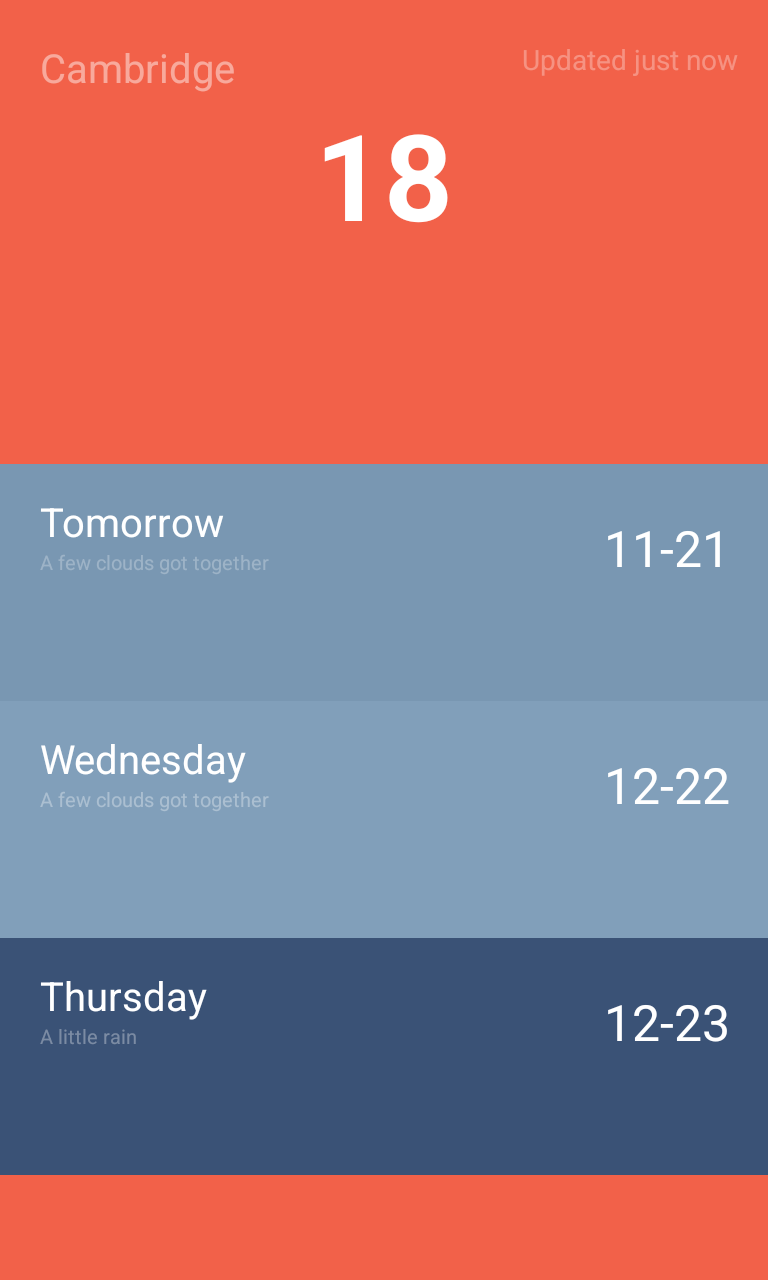
Repository: HarithaAmmuHari/Project
Layout: ExampleAnoop/res/layout/activity_main.xml
These files come from the project's save history. The layout is drawn as it stood at one moment and after the next save; the edit follows.
It is drawn on a 768 x 1280 px phone screen (xhdpi) without system bars, with theme android:Theme; the app's code is not run.

Above is the layout before, as saved 2015-01-24 06:33:39.

### ExampleAnoop/res/layout/activity_main.xml
<LinearLayout xmlns:android="http://schemas.android.com/apk/res/android"
    xmlns:tools="http://schemas.android.com/tools"
    android:id="@+id/LinearLayout1"
    android:layout_width="match_parent"
    android:layout_height="match_parent"
    android:orientation="vertical"
    android:weightSum="12.0"
    tools:context="com.example.exampleanoop.MainActivity" >

    <RelativeLayout
        android:layout_width="match_parent"
        android:layout_height="wrap_content"
        android:background="#F26149"
        android:layout_weight="4.0" >

        <TextView
            android:id="@+id/textView1"
            android:layout_width="wrap_content"
            android:layout_height="wrap_content"
            android:layout_alignParentLeft="true"
            android:layout_alignParentTop="true"
            android:layout_marginLeft="20dp"
            android:layout_marginTop="20dp"
            android:text="Cambridge"
            android:textColor="#75ffffff"
            android:textSize="20dp" />

        <TextView
            android:id="@+id/textView2"
            android:layout_width="wrap_content"
            android:layout_height="wrap_content"
           android:layout_marginTop="20dp"
           android:layout_marginRight="15dp"
            android:layout_alignParentRight="true"
            android:text="Updated just now"
            android:textColor="#50ffffff" />

        <TextView
            android:id="@+id/textView3"
            android:layout_width="wrap_content"
            android:layout_height="wrap_content"
            android:layout_below="@+id/textView1"
            android:layout_centerHorizontal="true"
            android:layout_centerVertical="true"
            android:text="18"
            android:textAppearance="?android:attr/textAppearanceLarge"
            android:textColor="#ffffff"
            android:textSize="60sp"
            android:textStyle="bold" />

    </RelativeLayout>

    <RelativeLayout
        android:layout_width="match_parent"
        android:layout_height="wrap_content"
        android:background="#7997B2"
        android:layout_weight="2.0" >

        <TextView
            android:id="@+id/textView4"
            android:layout_width="wrap_content"
            android:layout_height="wrap_content"
            android:layout_alignParentLeft="true"
            android:layout_marginTop="15dp"
           android:layout_marginLeft="20dp"
            android:text="Tomorrow"
            android:textColor="#ffffff"
            android:textSize="20dp"/>

        <TextView
            android:id="@+id/textView5"
            android:layout_width="wrap_content"
            android:layout_height="wrap_content"
           android:layout_marginTop="25dp"
            android:layout_alignParentRight="true"
            android:layout_marginRight="19dp"
            android:text="11-21"
            android:textColor="#ffffff"
            android:textSize="25dp"
            android:textAppearance="?android:attr/textAppearanceLarge" />

        <TextView
            android:id="@+id/textView6"
            android:layout_width="wrap_content"
            android:layout_height="wrap_content"
            android:layout_below="@+id/textView4"
            android:layout_marginBottom="10dp"
            android:layout_marginLeft="20dp"
            android:text="A few clouds got together"
            android:textColor="#45ffffff"
            android:textSize="10sp" />

    </RelativeLayout>

    <RelativeLayout
        android:layout_width="match_parent"
        android:layout_height="wrap_content"
        android:layout_weight="2.0"
        android:background="#819FBA" >

        <TextView
            android:id="@+id/textView7"
            android:layout_width="wrap_content"
            android:layout_height="wrap_content"
            android:layout_alignParentLeft="true"
          android:layout_marginTop="15dp"
          android:layout_marginLeft="20dp"
            android:textColor="#ffffff"
            android:textSize="20dp"
            android:text="Wednesday" />

        <TextView
            android:id="@+id/textView8"
            android:layout_width="wrap_content"
            android:layout_height="wrap_content"
            android:layout_below="@+id/textView7"
            android:layout_marginBottom="10dp"
            android:layout_marginLeft="20dp"
            android:text="A few clouds got together"
            android:textColor="#55ffffff"
            android:textSize="10sp" />

        <TextView
            android:id="@+id/textView9"
            android:layout_width="wrap_content"
            android:layout_height="wrap_content"

            android:layout_alignParentRight="true"
            android:layout_marginRight="19dp"
            android:text="12-22"
            android:textColor="#ffffff"
           android:layout_marginTop="25dp"
                  android:textSize="25dp"/>

    </RelativeLayout>

    <RelativeLayout
        android:layout_width="match_parent"
        android:layout_height="wrap_content"
        android:layout_weight="2.0"
        android:background="#3A5276" >

        <TextView
            android:id="@+id/textView10"
            android:layout_width="wrap_content"
            android:layout_height="wrap_content"
            android:layout_alignParentLeft="true"
           android:layout_marginTop="15dp"
          android:layout_marginLeft="20dp"
            android:textColor="#ffffff"
            android:textSize="20dp"
            android:text="Thursday" />

        <TextView
            android:id="@+id/textView11"
            android:layout_width="wrap_content"
            android:layout_height="wrap_content"
             android:layout_below="@+id/textView10"
            android:layout_marginBottom="10dp"
            android:layout_marginLeft="20dp"
            android:text="A little rain"
            android:textColor="#55ffffff"
            android:textSize="10sp"/>

        <TextView
            android:id="@+id/textView12"
            android:layout_width="wrap_content"
            android:layout_height="wrap_content"
           android:layout_marginRight="19dp"
            android:layout_alignParentRight="true"
            android:text="12-23"
            android:textColor="#ffffff"
           android:layout_marginTop="25dp"
                  android:textSize="25dp"
            android:textAppearance="?android:attr/textAppearanceLarge" />

    </RelativeLayout>

    <RelativeLayout
        android:layout_width="match_parent"
        android:layout_height="wrap_content"
        android:layout_weight="2.0"
        android:background="#F26149" >
    </RelativeLayout>

</LinearLayout>

After the next save:
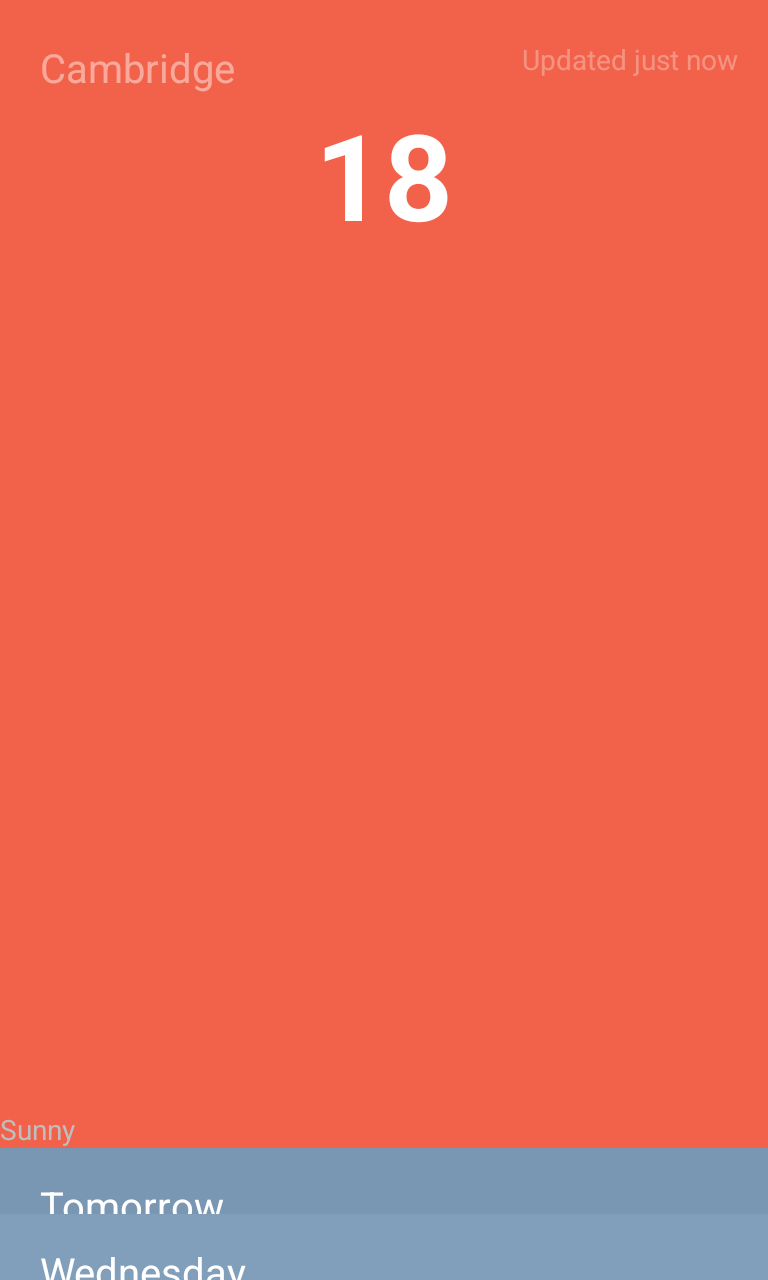
Saved 3 min 19 s later.
--- a/ExampleAnoop/res/layout/activity_main.xml
+++ b/ExampleAnoop/res/layout/activity_main.xml
@@ -47,6 +47,13 @@
             android:textColor="#ffffff"
             android:textSize="60sp"
             android:textStyle="bold" />
+
+        <TextView
+            android:id="@+id/textView13"
+            android:layout_width="wrap_content"
+            android:layout_alignParentBottom="true"
+            android:layout_height="wrap_content"
+            android:text="Sunny" />
 
     </RelativeLayout>
 
